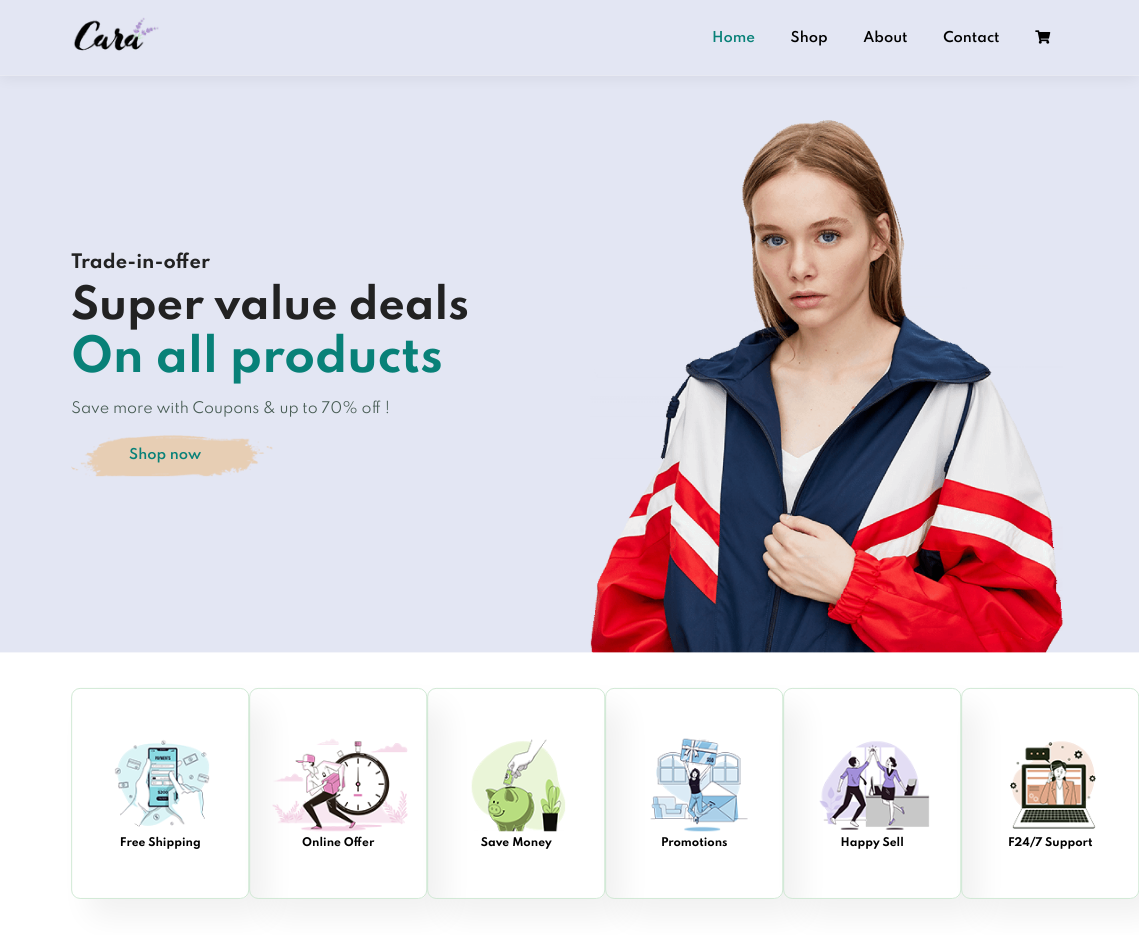
Repository: Daryllgio/E-Commerce-Website-UI
Page: index.html
An editor plug-in stored every save of this project. The page is shown before and after the next save, followed by the edit.
The browser window is 1280 px wide. The pictures show the whole page, at 89% of full size.
Some web libraries are served in a nearby version.

Above is the page before, as saved 2024-12-31 12:27:25.

After the next save:
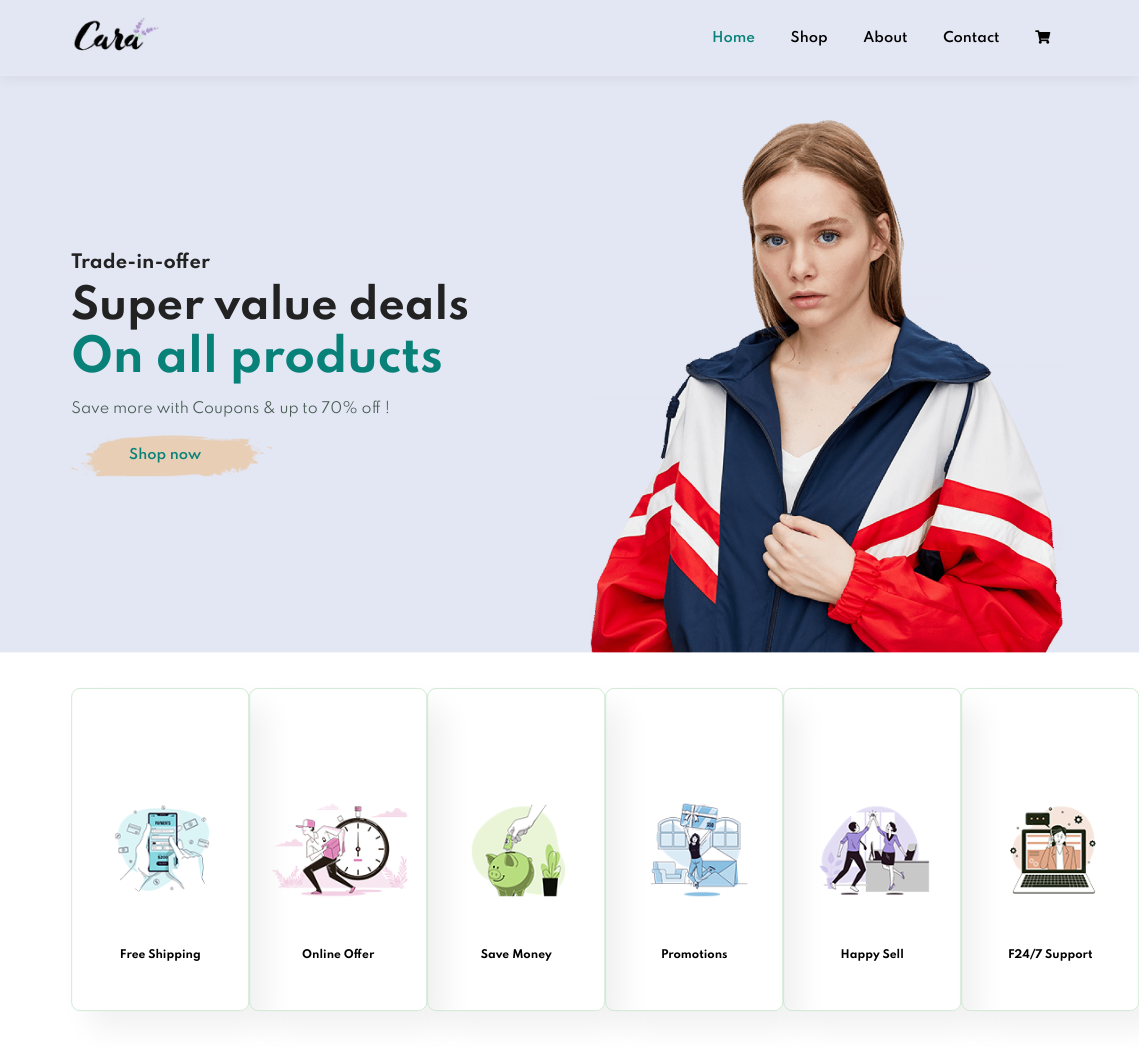
Saved 16 s later.
--- a/style.css
+++ b/style.css
@@ -134,7 +134,7 @@ body {
   width: 200px;
   text-align: center;
   padding: 55px 25px;
-  font-size: 20px;
+  font-size: 200px;
   border: 1px solid #cce7d0;
   box-shadow: 20px 20px 34px rgba(0, 0, 0, 0.06);
   border-radius: 10px;

After the save that followed:
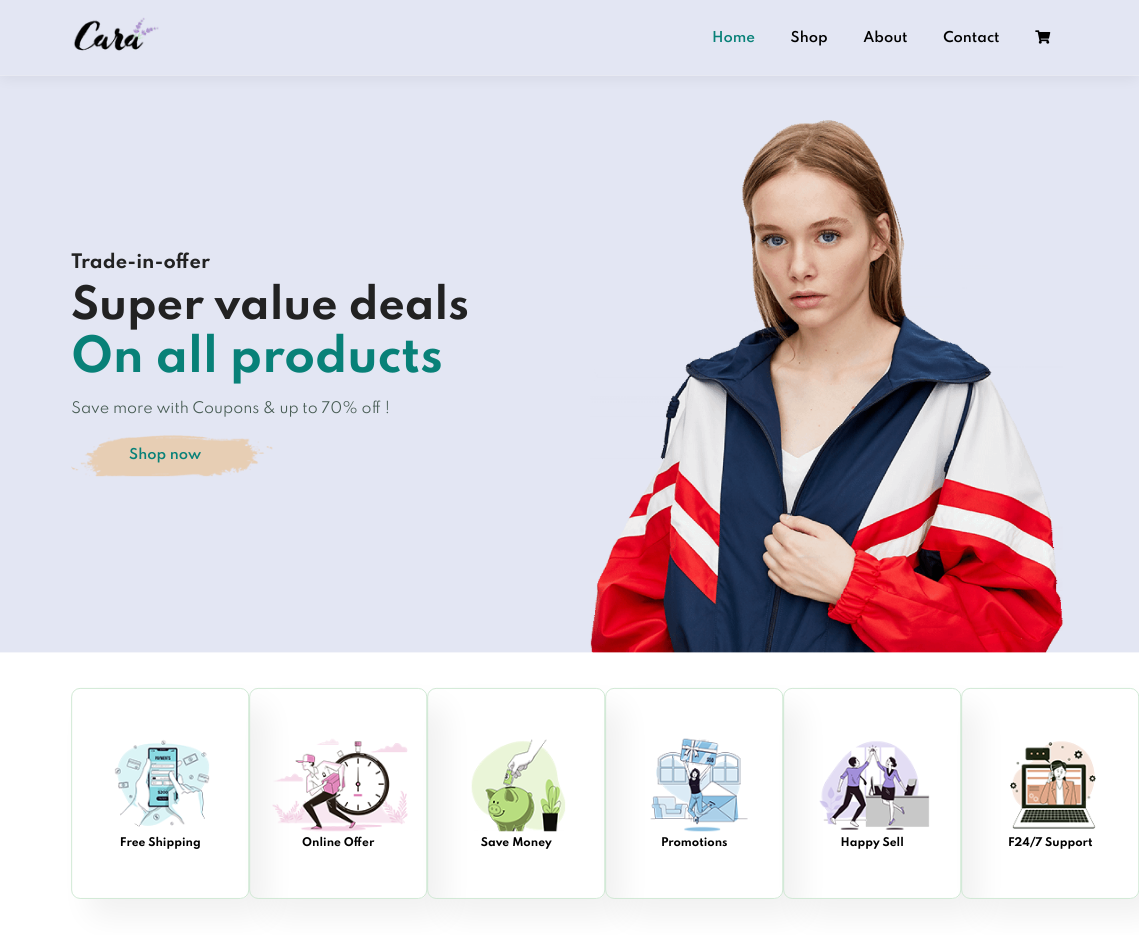
Saved 13 s later.
--- a/style.css
+++ b/style.css
@@ -134,7 +134,7 @@ body {
   width: 200px;
   text-align: center;
   padding: 55px 25px;
-  font-size: 200px;
+  font-size: 20px;
   border: 1px solid #cce7d0;
   box-shadow: 20px 20px 34px rgba(0, 0, 0, 0.06);
   border-radius: 10px;
